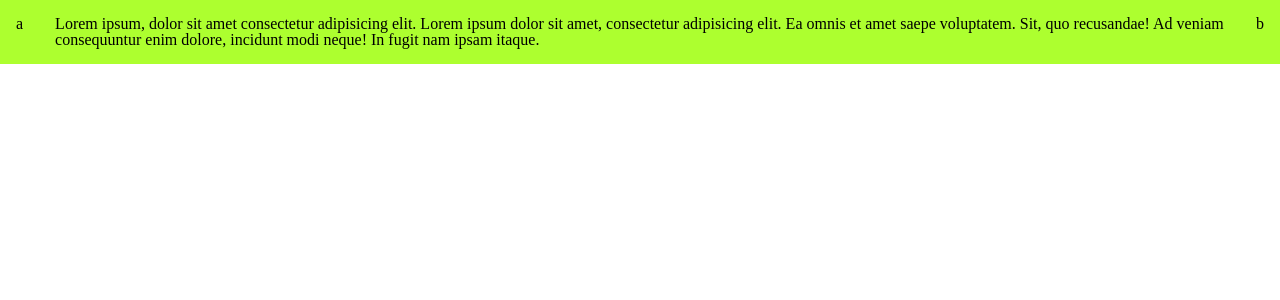
Repository: Giangattt123/HTML-CSS
Page: CSS/Flexbox/index.html
These files come from the project's save history. The page is drawn as it stood at one moment and after the next save; the edit follows.
The browser window is 1280 px wide. The pictures show the whole page.

Above is the page before, as saved 2023-04-26 10:51:53.

### CSS/Flexbox/index.html
<!DOCTYPE html>
<html lang="en">
  <head>
    <meta charset="UTF-8" />
    <meta http-equiv="X-UA-Compatible" content="IE=edge" />
    <meta name="viewport" content="width=device-width, initial-scale=1.0" />
    <title>Flexbox</title>
    <link rel="stylesheet" href="style.css" />
    <link rel="stylesheet" href="reset.css" />
  </head>
  <body>
    <ul class="list">
      <li class="list-item">a</li>
      <li class="list-item">
        Lorem ipsum, dolor sit amet consectetur adipisicing elit. Lorem ipsum
        dolor sit amet, consectetur adipisicing elit. Ea omnis et amet saepe
        voluptatem. Sit, quo recusandae! Ad veniam consequuntur enim dolore,
        incidunt modi neque! In fugit nam ipsam itaque.
      </li>
      <li class="list-item">b</li>
    </ul>
  </body>
</html>

### CSS/Flexbox/style.css
*,
*:before *:after {
  box-sizing: border-box;
}
html {
  font-size: 62.5%;
}
body {
  font-family: "Poppins", sans-serif;
  font-size: 1.6rem;
  font-weight: normal;
}
img {
  display: block;
  max-width: 100%;
}
input,
textarea,
select,
button {
  outline: none;
}
input {
  line-height: normal;
}
label,
button {
  cursor: pointer;
}
a {
  text-decoration: none;
}
.list {
  display: flex;
  /* flex-direction: row-reverse; */
}
.list-item {
  padding: 1rem;
  background-color: greenyellow;
}

Loaded but not shown: CSS/Flexbox/reset.css (common file)

After the next save:
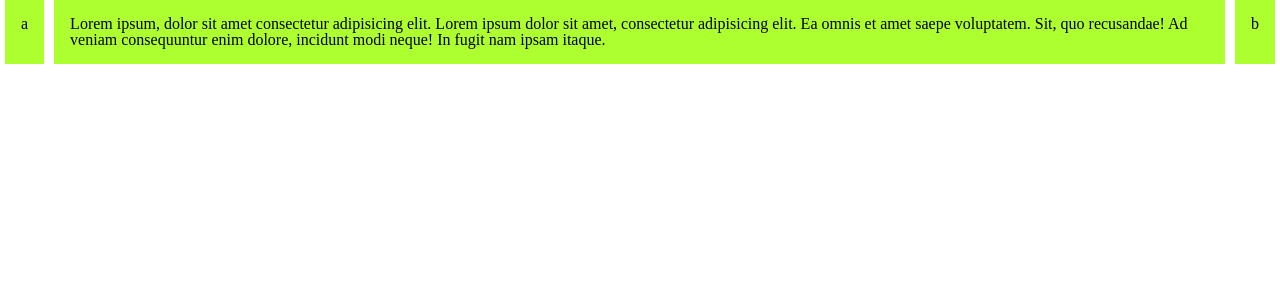
Saved 18 s later.
--- a/CSS/Flexbox/style.css
+++ b/CSS/Flexbox/style.css
@@ -37,4 +37,5 @@ a {
 .list-item {
   padding: 1rem;
   background-color: greenyellow;
+  margin: 0 5px;
 }
